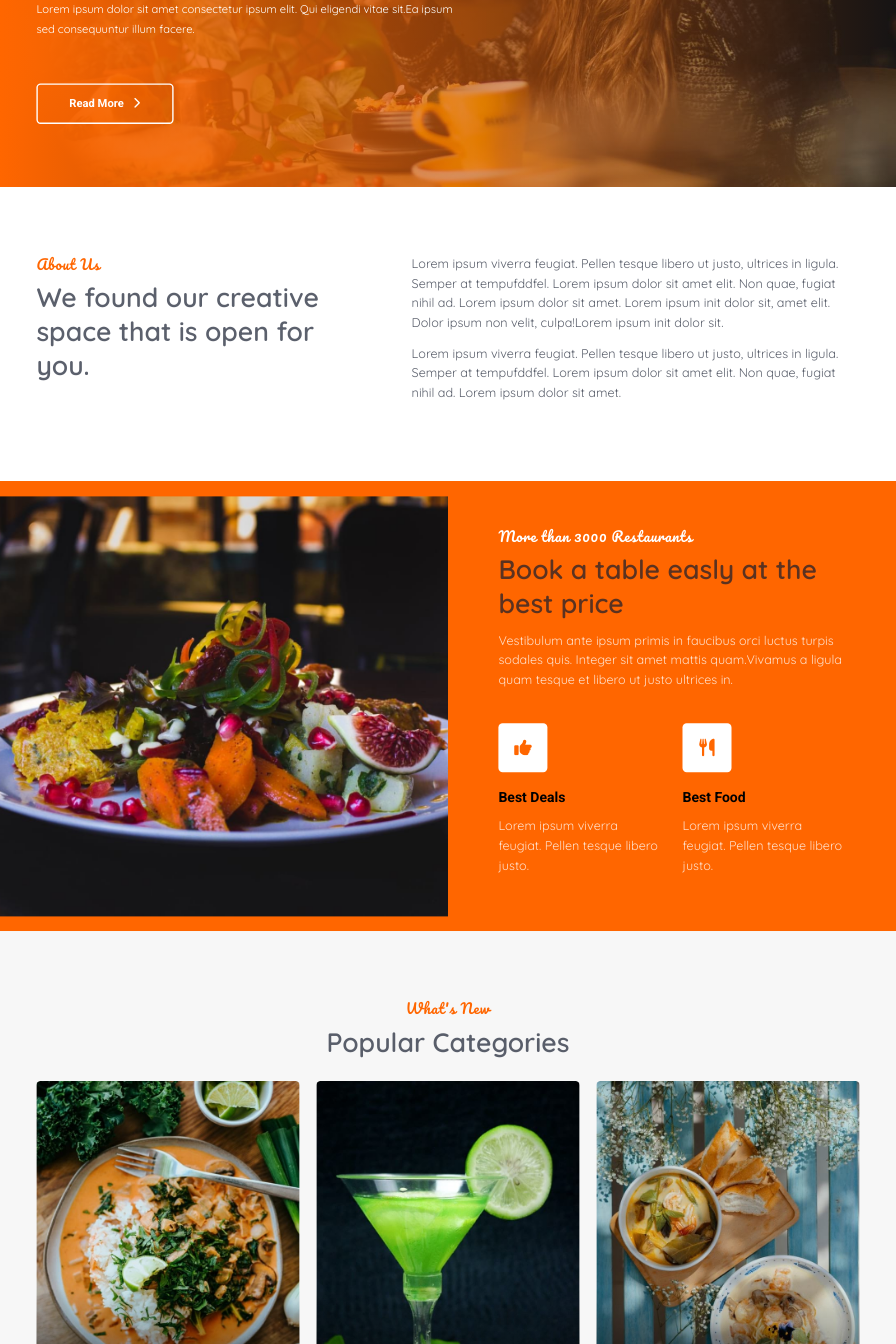
Repository: minhtrivu6199/Diner
Page: index.html
These files come from the project's save history. The page is drawn as it stood at one moment and after the next save; the edit follows.
The browser window is 1280 px wide. The pictures show the part of the page from y = 433 to 2353 px (the page is 3844 px tall), at 70% of full size.
Backgrounds fixed to the window are drawn as part of the page. The style sheet was rebuilt from its Sass, Less or Tailwind sources for each picture, by a compiler version that may differ from the author's.

Above is the page before, as saved 2022-10-12 14:02:03.

After the next save:
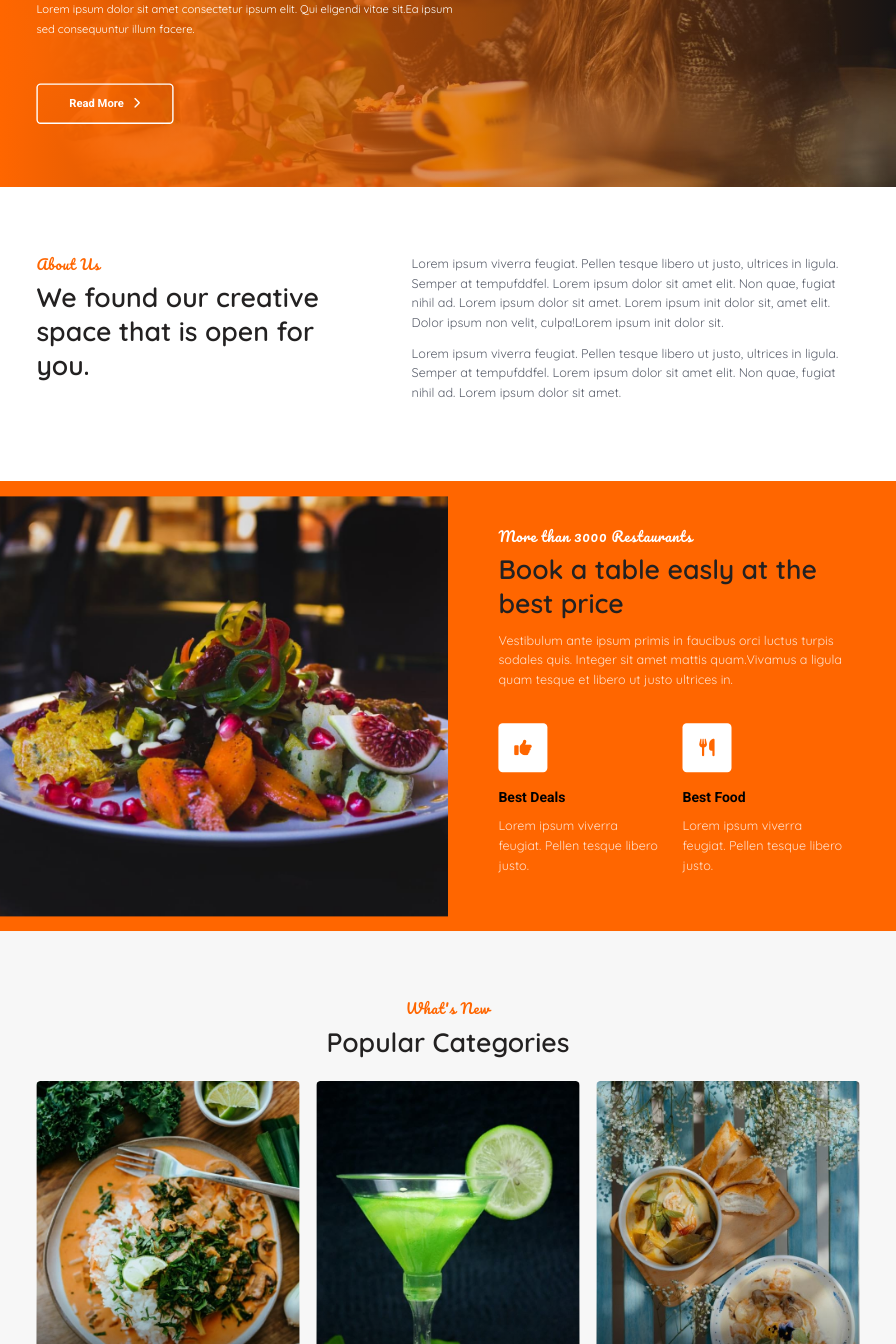
Saved 73 s later.
--- a/scss/base/_variables.scss
+++ b/scss/base/_variables.scss
@@ -112,6 +112,7 @@ h4,
 h5,
 h6 {
   font-family: "Quicksand", sans-serif;
+  color: var(--heading-color);
 }
 
 .btn-style {
